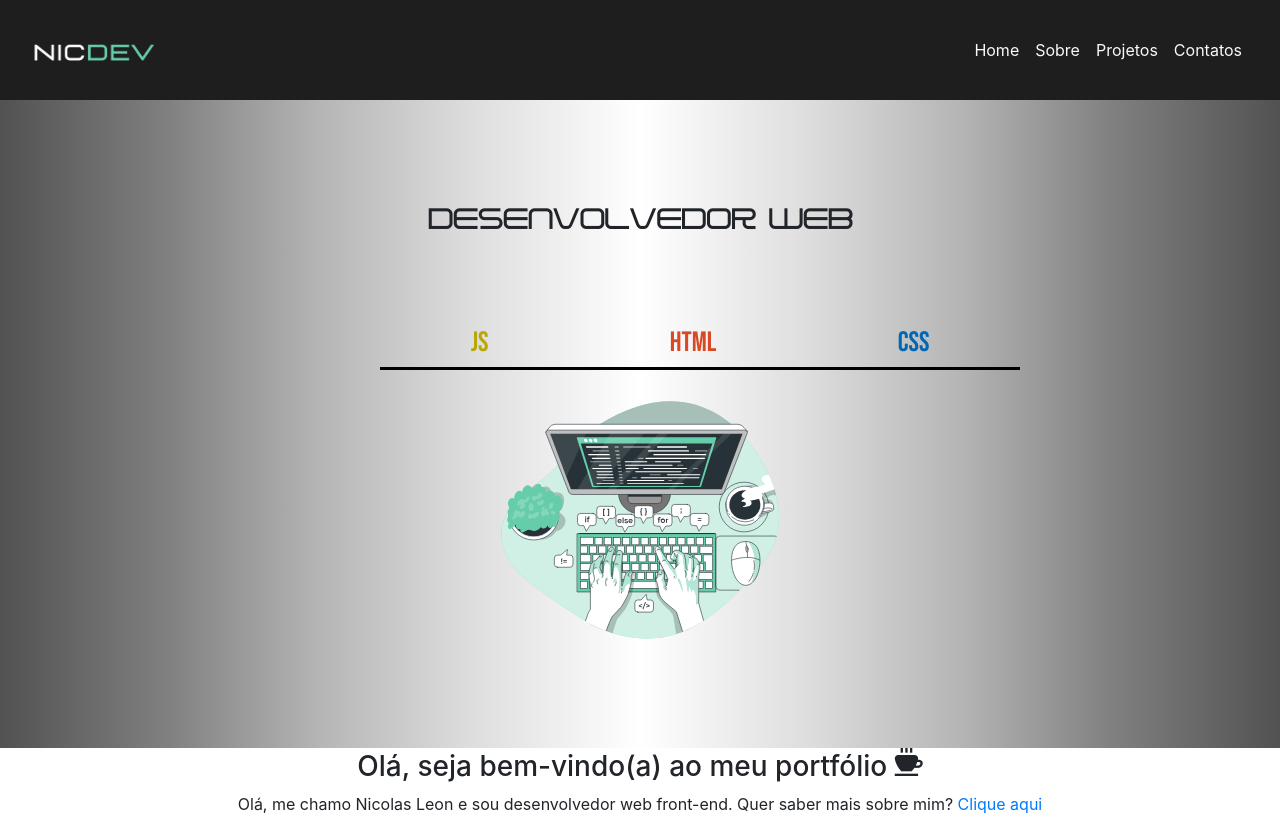
Repository: Leonngc/nicdev
Page: index.html
The author's editor kept a copy of each file at every save. The page is drawn from the files as they stood at one save, then again after a run of saves.
The browser window is 1280 px wide. The pictures show the whole page.
Some web libraries are served in a nearby version.

Above is the page before, as saved 2023-04-14 12:04:09.

### index.html
<!DOCTYPE html>
<html lang="pt-br">
  <head>
    <meta charset="UTF-8" />
    <meta http-equiv="X-UA-Compatible" content="IE=edge" />
    <meta name="viewport" content="width=device-width, initial-scale=1.0" />
    <link rel="stylesheet" href="https://stackpath.bootstrapcdn.com/bootstrap/4.1.3/css/bootstrap.min.css" integrity="sha384-MCw98/SFnGE8fJT3GXwEOngsV7Zt27NXFoaoApmYm81iuXoPkFOJwJ8ERdknLPMO" crossorigin="anonymous">
    <link rel="stylesheet" href="styles/contain.css">
    <link rel="stylesheet" href="styles/main.css">
    <title>nicdev</title>
  </head>
  <body>

    <header>
      <nav class="navbar navbar-expand-lg navbar-dark" style="background-color: #1E1E1E; padding: 30px;">
        <a class="navbar-brand" href="#" ><img src="images/nicdev-logo.png" alt="" style="width: 130px;"></a>
        <button class="navbar-toggler" type="button" data-toggle="collapse" data-target="#navbarNav" aria-controls="navbarNav" aria-expanded="false" aria-label="Alterna navegação">
          <span class="navbar-toggler-icon"></span>
        </button>
        <div class="collapse navbar-collapse justify-content-end" id="navbarNav">
          <ul class="navbar-nav" >
            <li class="nav-item active">
              <a class="nav-link text-light " href="#">Home <span class="sr-only">(Página atual)</span></a>
            </li>
            <li class="nav-item">
              <a class="nav-link text-light" href="#">Sobre</a>
            </li>
            <li class="nav-item ">
              <a class="nav-link text-light" href="#">Projetos</a>
            </li>
            <li class="nav-item">
              <a class="nav-link text-light" href="#">Contatos</a>
            </li>
          </ul>
        </div>
      </nav>
    </header>

    <div class="contain">
      <h2>DESENVOLVEDOR WEB</h2>
      <div class="skills">
        <span style="color: #baa704;">JS</span>
        <span style="color: #D84924;">HTML</span>
        <span style="color: #0066B6;">CSS</span>
      </div>

      <img src="images/Code typing-bro.svg" alt="" class="code-image">
    </div>

    <main>
        <h3>
          Olá, seja bem-vindo(a) ao meu portfólio <i class="fi fi-ss-mug-hot-alt"></i>
        </h3>
        <div class="box">
          <p>Olá, me chamo Nicolas Leon e sou desenvolvedor web front-end. Quer saber mais sobre mim? <a href="">Clique aqui</a></p>
      </div>
    </main>

    <script src="https://code.jquery.com/jquery-3.3.1.slim.min.js" integrity="sha384-q8i/X+965DzO0rT7abK41JStQIAqVgRVzpbzo5smXKp4YfRvH+8abtTE1Pi6jizo" crossorigin="anonymous"></script>
    <script src="https://cdnjs.cloudflare.com/ajax/libs/popper.js/1.14.3/umd/popper.min.js" integrity="sha384-ZMP7rVo3mIykV+2+9J3UJ46jBk0WLaUAdn689aCwoqbBJiSnjAK/l8WvCWPIPm49" crossorigin="anonymous"></script>
    <script src="https://stackpath.bootstrapcdn.com/bootstrap/4.1.3/js/bootstrap.min.js" integrity="sha384-ChfqqxuZUCnJSK3+MXmPNIyE6ZbWh2IMqE241rYiqJxyMiZ6OW/JmZQ5stwEULTy" crossorigin="anonymous"></script>
  </body>
</html>

### styles/contain.css
@import url('https://fonts.googleapis.com/css2?family=Bebas+Neue&display=swap'); /* CDN GOOGLE  FONT */
@font-face {
    font-family: Lastica;
    src: url(../fonts/instrg.ttf)
}

*{
    max-width: 100vw;
}

:root{
 --bebas-neue : 'Bebas Neue', cursive;
}

body{
    overflow-x: hidden;
}

.contain{
    margin: auto;
    width: 100vw;
    height: 90vh;
   justify-content: center;
   text-align: center;
   padding-top: 100px;

   background-image: linear-gradient(
  270deg,
  hsl(0, 0%, 32%) 0%,
  hsl(0deg 0% 50%) 13%,
  hsl(0deg 0% 71%) 25%,
  hsl(0deg 0% 87%) 37%,
  hsl(0deg 0% 100%) 50%,
  hsl(0deg 0% 87%) 63%,
  hsl(0deg 0% 71%) 75%,
  hsl(0deg 0% 50%) 87%,
  hsl(0deg 0% 32%) 100%
);

}


h2{
    font-family: Lastica, sans-serif;
    font-weight: bold;
}

.skills{
    width: 50%;
    display: flex;
    justify-content: space-around;
    margin-left: 380px;
    margin-right: 380px;
    margin-top: 80px;
    border-bottom: 3px solid black;
}

.skills > span{
    font-size: 28px;
    font-family: var(--bebas-neue), sans-serif;
    color: #4BC6B9;
    padding: 3px;
}

.code-image{
    width: 300px;

}

@media screen and (max-width: 900px) {
    .skills{
        margin: auto;
    }
}

### styles/main.css
@import url('https://fonts.googleapis.com/css2?family=Bebas+Neue&display=swap'); /* CDN GOOGLE  FONT */
@import url('https://cdn-uicons.flaticon.com/uicons-solid-straight/css/uicons-solid-straight.css'); /* CDN ICON*/
@font-face {
    font-family: Lastica;
    src: url(../fonts/instrg.ttf)
}

*{
    max-width: 100vw;
}

:root{
 --bebas-neue : 'Bebas Neue', cursive;
}

main{
    margin: auto;
    text-align: center;
}

After the next 2 saves:
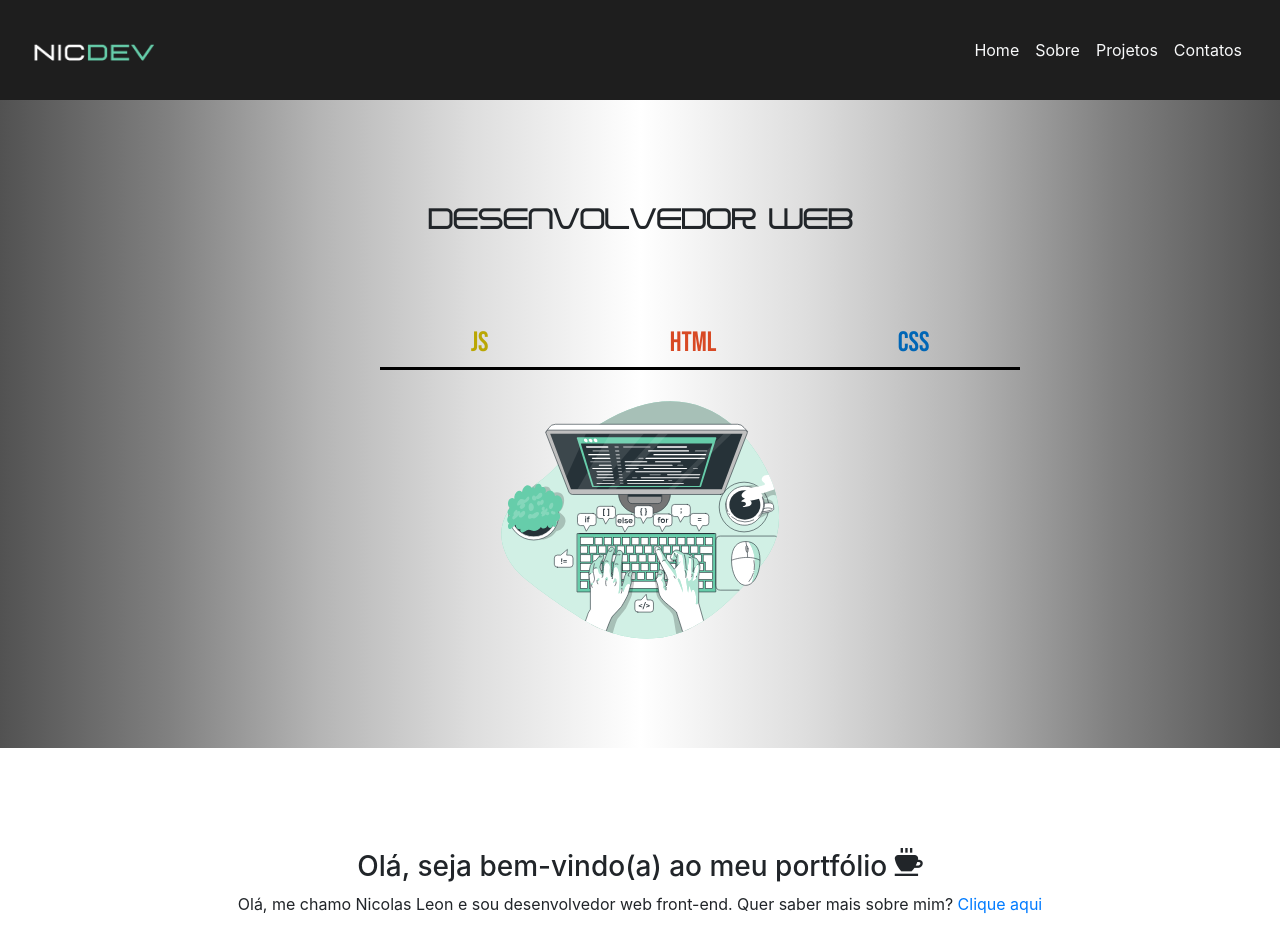
The 2 saves are shown as one change because they came seconds apart.
The last was saved 10 s later.
--- a/styles/main.css
+++ b/styles/main.css
@@ -14,6 +14,6 @@
 }
 
 main{
-    margin: auto;
+    margin-top: 100px;
     text-align: center;
 }
